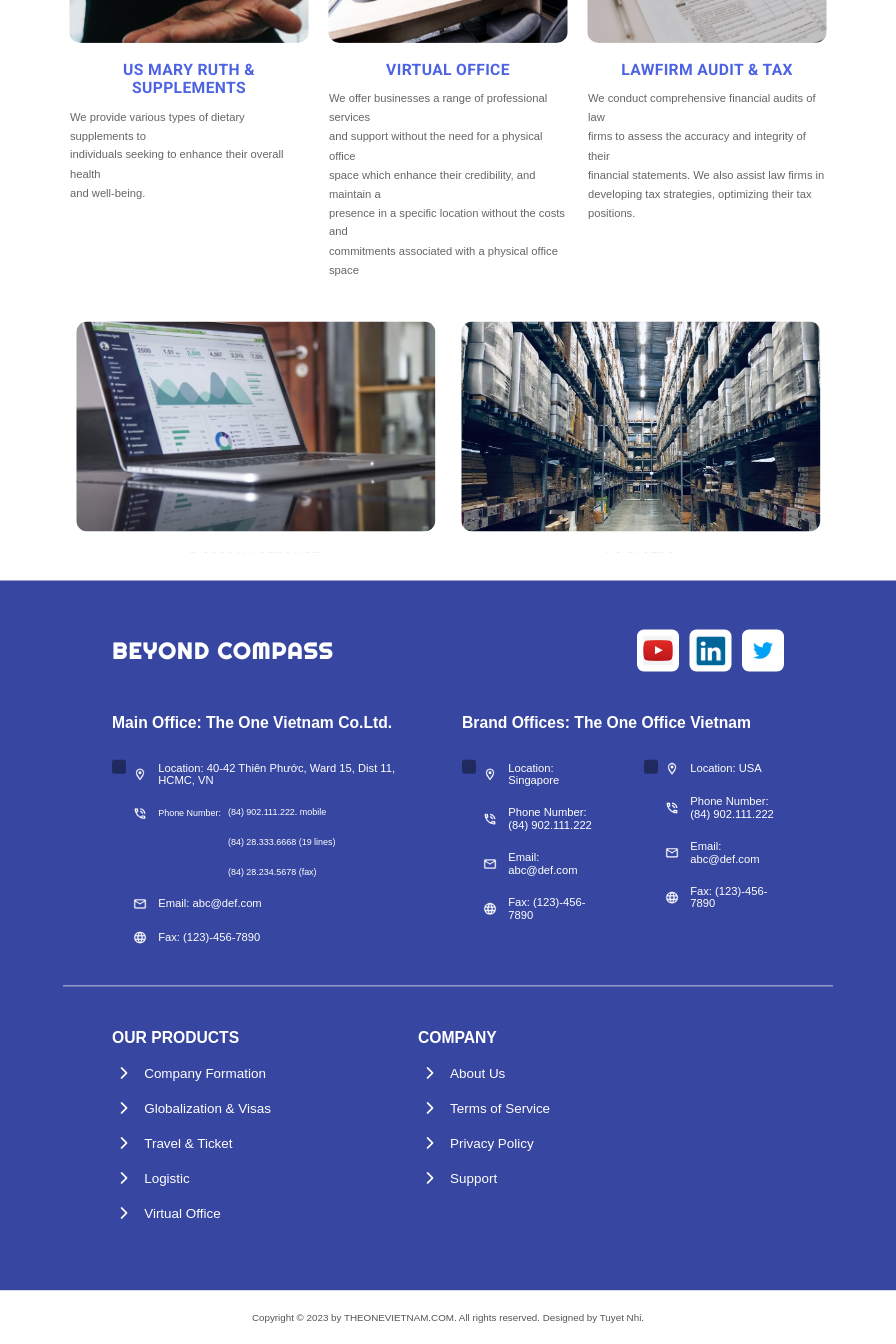
Repository: trunghau06/baitapRn
Page: pages/product.html
These files come from the project's save history. The page is drawn as it stood at one moment and after a run of saves; the edit follows.
The browser window is 1280 px wide. The pictures show the part of the page from y = 1496 to 3416 px (the page is 3416 px tall before and 3404 px after), at 70% of full size.

Above is the page before, as saved 2025-10-09 22:35:39.

After the next 2 saves:
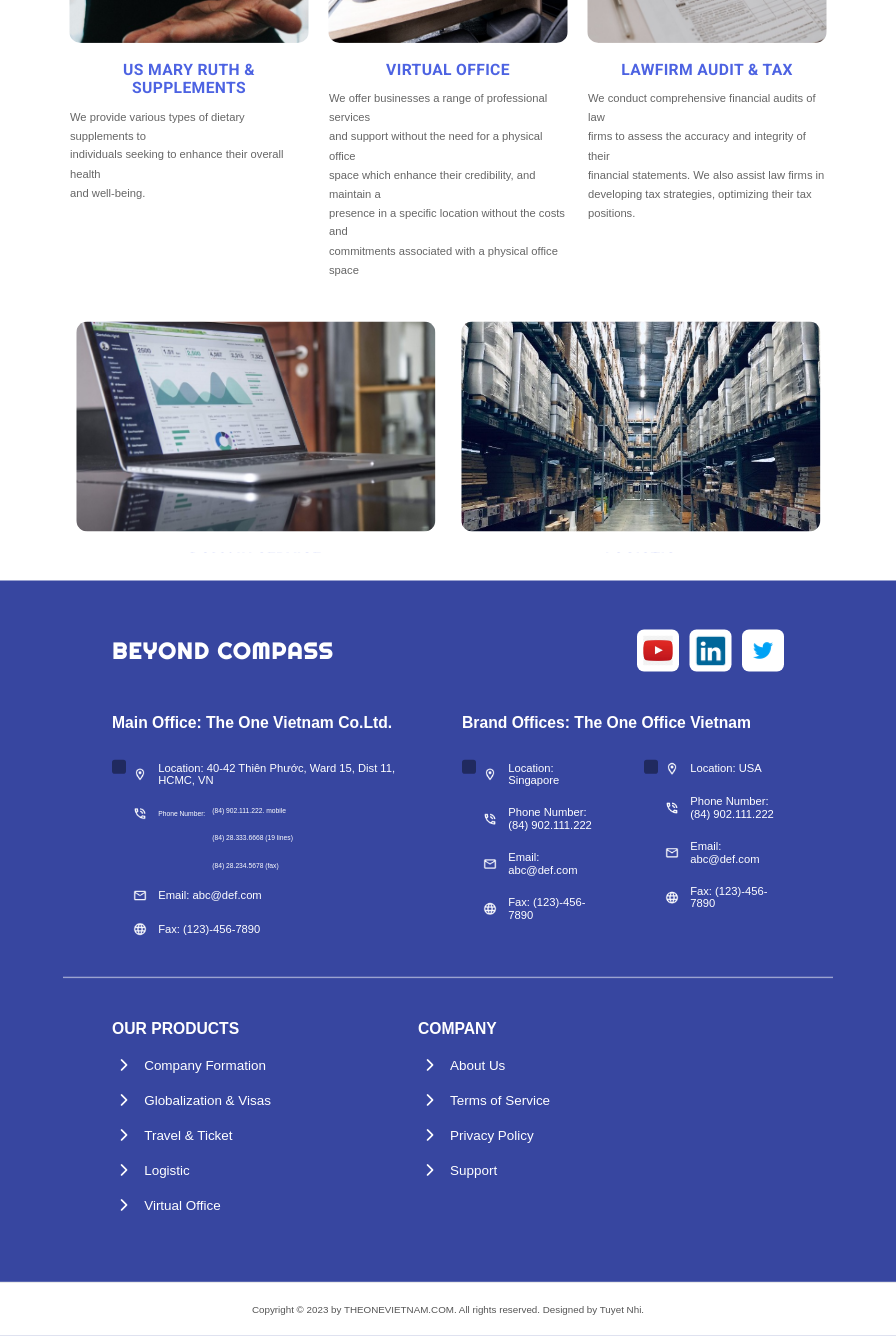
The 2 saves are shown as one change because they came seconds apart.
The last was saved 7 s later.
--- a/style/product.css
+++ b/style/product.css
@@ -346,7 +346,7 @@
 
 .phone-group p {
     margin: 0;
-    font-size: 0.8em;
+    font-size: 0.6em;
     margin-bottom: 28px;
     color: #FFFFFF;
 }

After the 2 saves that followed:
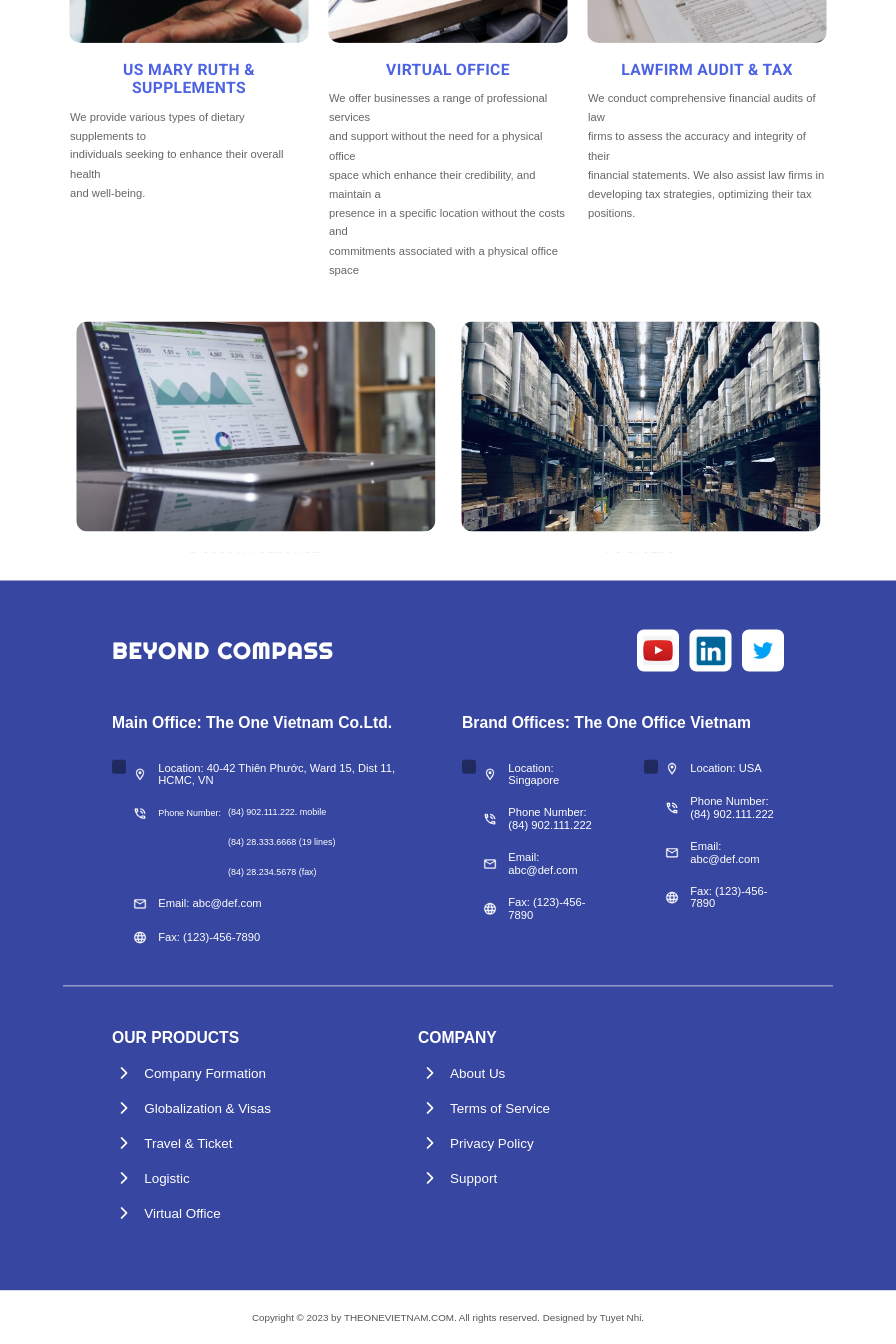
The 2 saves are shown as one change because they came seconds apart.
The last was saved 11 s later.
--- a/style/product.css
+++ b/style/product.css
@@ -346,7 +346,7 @@
 
 .phone-group p {
     margin: 0;
-    font-size: 0.6em;
+    font-size: 0.8em;
     margin-bottom: 28px;
     color: #FFFFFF;
 }
